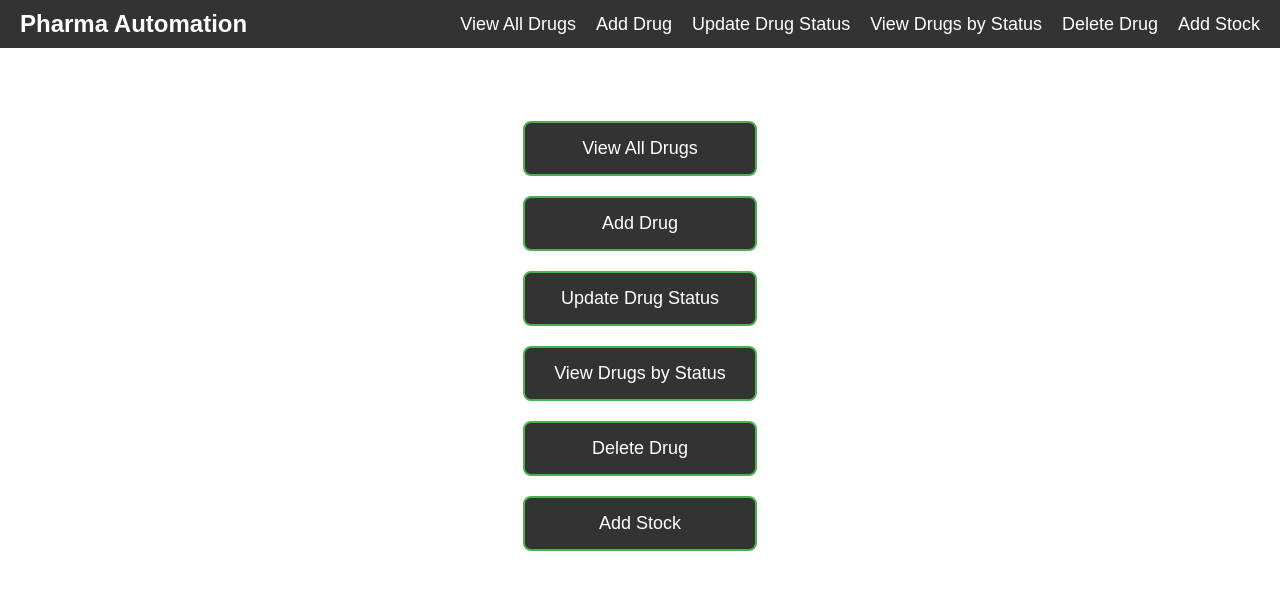
Repository: Clarrieous/Infosys-intern
Page: http://localhost/index
The author's editor kept a copy of each file at every save. The page is drawn from the files as they stood at one save, then again after the next save.
The browser window is 1280 px wide. The pictures show the whole page.
The page is this project's Thymeleaf template; nobody is signed in. The template is opened directly, without the code that normally fills it, so the values that code supplies are empty.

Above is the page before, as saved 2024-12-08 12:15:52.

### ClientService/src/main/resources/templates/index.html
<!DOCTYPE html>
<html xmlns:th="http://www.thymeleaf.org">
<head>
    <meta charset="UTF-8">
    <meta name="viewport" content="width=device-width, initial-scale=1.0">
    <title>Pharma Automation System</title>
    <style>

        body {


            font-family: Arial, sans-serif;
            margin: 0;
            padding: 0;
            color: #fff;
        }


        .navbar {
            display: flex;
            justify-content: space-between;
            align-items: center;
            padding: 10px 20px;
            background-color: rgba(0, 0, 0, 0.8);
            color: white;
        }

        .navbar h1 {
            margin: 0;
            font-size: 24px;
        }

        .navbar ul {
            list-style-type: none;
            margin: 0;
            padding: 0;
            display: flex;
        }

        .navbar ul li {
            margin-left: 20px;
        }

        .navbar ul li a {
            color: white;
            text-decoration: none;
            font-size: 18px;
            transition: color 0.3s;
        }

        .navbar ul li a:hover {
            color: #4CAF50;
        }


        .button-list {
            display: flex;
            flex-direction: column;
            align-items: center;
            justify-content: center;
            height: 80vh;
        }

        .button-list a {
            display: block;
            width: 200px;
            text-align: center;
            padding: 15px;
            margin: 10px 0;
            font-size: 18px;
            color: #fff;
            background-color: rgba(0, 0, 0, 0.8);
            text-decoration: none;
            border: 2px solid #4CAF50;
            border-radius: 8px;
            transition: all 0.3s;
        }

        .button-list a:hover {
            background-color: #4CAF50;
            color: white;
        }
    </style>
</head>
<body>

    <div class="navbar">
        <h1>Pharma Automation</h1>
        <ul>
            <li><a th:href="@{/viewAllDrugs}">View All Drugs</a></li>
            <li><a th:href="@{/addDrug}">Add Drug</a></li>
            <li><a th:href="@{/updateStatus}">Update Drug Status</a></li>
            <li><a th:href="@{/viewDrugStatus}">View Drugs by Status</a></li>
            <li><a th:href="@{/deleteDrug}">Delete Drug</a></li>
			<li><a th:href="@{/addStock}">Add Stock</a></li>
        </ul>
    </div>


    <div class="button-list">
        <a th:href="@{/viewAllDrugs}">View All Drugs</a>
        <a th:href="@{/addDrug}">Add Drug</a>
        <a th:href="@{/updateStatus}">Update Drug Status</a>
        <a th:href="@{/viewDrugStatus}">View Drugs by Status</a>
        <a th:href="@{/deleteDrug}">Delete Drug</a>
		<a th:href="@{/addStock}">Add Stock</a>
    </div>
</body>
</html>

After the next save:
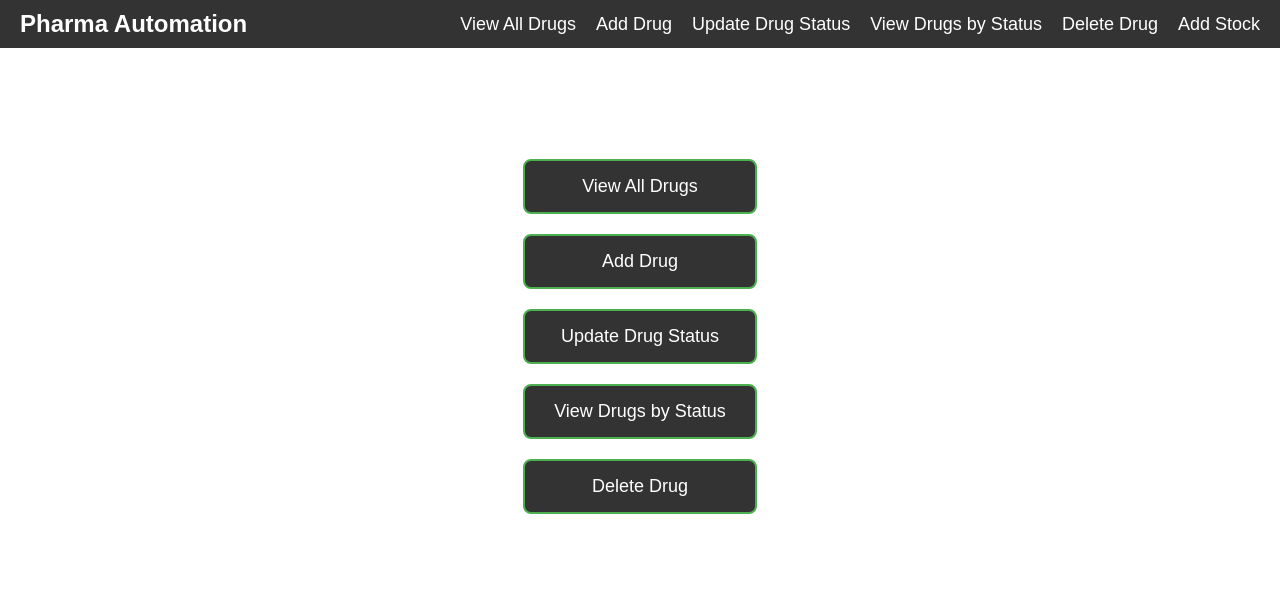
Saved 2 min 20 s later.
--- a/ClientService/src/main/resources/templates/index.html
+++ b/ClientService/src/main/resources/templates/index.html
@@ -103,7 +103,7 @@
         <a th:href="@{/updateStatus}">Update Drug Status</a>
         <a th:href="@{/viewDrugStatus}">View Drugs by Status</a>
         <a th:href="@{/deleteDrug}">Delete Drug</a>
-		<a th:href="@{/addStock}">Add Stock</a>
+
     </div>
 </body>
 </html>
